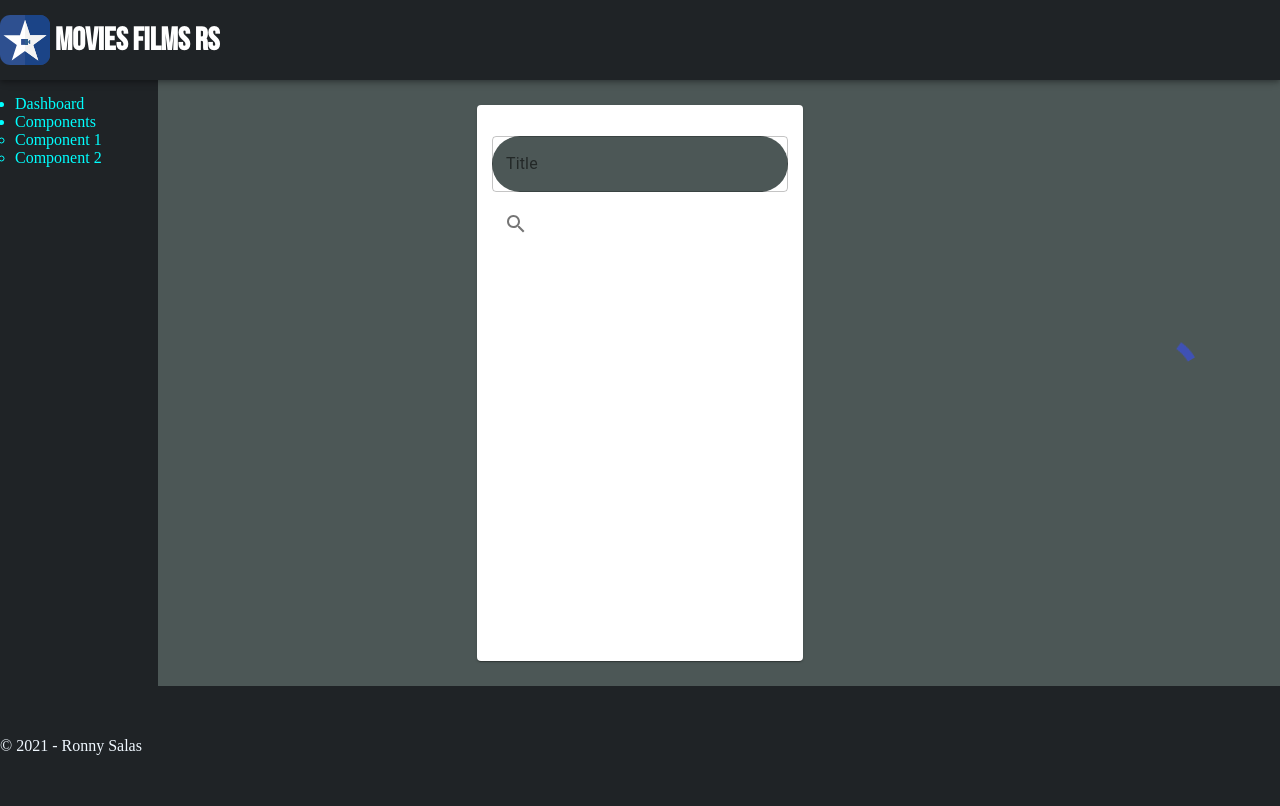
Repository: ronnysalas459/assigment-2
Page: /
The author's editor kept a copy of each file at every save. The page is drawn from the files as they stood at one save, then again after the next save.
The browser window is 1280 px wide. The pictures show the whole page.
The page's requests for data from a server got no answer. The project was rebuilt for these pictures with package versions that can differ from the ones it lists, and the page was loaded fresh each time. No one was signed in, and anything a server would have sent is missing. Also part of the build but not shown: src/contexts/DetailsContext.js, src/components/Films/Movie.js, src/components/Common/Messages.js, src/components/Films/Movies.js, src/components/Common/ButtonPrimary.js, src/components/Details/Detail.js, src/components/Details/index.js, src/components/NotFound/index.js.

Above is the page before, as saved 2021-08-31 20:27:51.

### src/index.js
import React from 'react';
import ReactDOM from 'react-dom';
import App from './App';

ReactDOM.render(<App />,document.querySelector('#root')
);

### src/App.js
import React from "react";
import { BrowserRouter, Switch, Route } from "react-router-dom";
import MoviesContextProvider from "./contexts/MoviesContext";
import DetailsContextProvider from "./contexts/DetailsContext";
import Films from "./components/Films";
import Details from "./components/Details";
import Header from "./components/Common/Header";
import Footer from "./components/Common/Footer";
import SideBar from "./components/Common/SideBar";
import NotFound from "./components/NotFound";
import "./assets/css/styles.css";

const App = () => (
  <BrowserRouter>
    <div className="container">
      <MoviesContextProvider>
      <Header />
      </MoviesContextProvider>
      <div className="content">
        <SideBar />
        <div className="projects">
          <Switch>
            <Route exact path="/">
              <MoviesContextProvider>
                <Films />
              </MoviesContextProvider>
            </Route>
            <Route path="/movie/:movie_id">
              <DetailsContextProvider>
                <Details />
              </DetailsContextProvider>
            </Route>
            <Route component={NotFound} />
          </Switch>
        </div>
      </div>
      <Footer />
    </div>
  </BrowserRouter>
);

export default App;

### src/contexts/MoviesContext.js
import React, { createContext, useState, useEffect } from "react";
import { popularGet, movieSearch } from "./../constants";

export const MoviesContext = createContext();

const MoviesContextProvider = ({ children }) => {
  const [doneFetch, setDoneFetch] = useState();
  const [currentQuery, setCurrentQuery] = useState("");
  const [text, setText] = useState("Top Movies");
  const [movies, setMovies] = useState([]);

  useEffect(() => {
    getPopularMovies();
  }, []);

  const getPopularMovies = () => {
    fetch(popularGet())
      .then((res) => res.json())
      .then((data) => {
        const { results }  = data;
        setDoneFetch(true);
        console.log(results);
        setMovies(results);
      })
      .catch((err) => console.log(err));
  };

  const getMovies = (query) => {
    fetch(movieSearch(query))
      .then((res) => res.json())
      .then((data) => {
        const { results } = data;
        setDoneFetch(true);
        console.log(results );
        setText(results.length ? "Results" : "No Results");
        setMovies(results);

      })
      .catch((err) => console.log(err));
  };

  const validateQuery = (
    e,
    query = document.querySelector("#query").value.toLowerCase().trim()
  ) => {
    if (e.type === "keypress" && e.key !== "Enter") return;
    const words = query.match(/\w+/g);
    query = words && words.join(" ");
    if (query && query !== currentQuery) {
      setCurrentQuery(query);
      setDoneFetch(false);
      getMovies(query);
    }
  };
  return (
    <MoviesContext.Provider value={{ doneFetch, text, movies, validateQuery }}>
      {children}
    </MoviesContext.Provider>
  );
};

export default MoviesContextProvider;

### src/components/Films/index.js
import React, { Fragment, useContext } from "react";
import { MoviesContext } from "./../../contexts/MoviesContext";
import SearchMovies from "./SearchMovies";
import Movies from "./Movies";
import ProgressBar from "./../Common/ProgressBar";
import  Message  from "./../Common/Messages";

const Films = () => {
  const { validateQuery, doneFetch, movies, text } = useContext(MoviesContext);

  return (
    <Fragment>
      <SearchMovies validateQuery={validateQuery} />
      {doneFetch ? (
        movies.length ? (
          console.log("voyyyyyyyyyy"),
          <Movies text={text} movies={movies} />
        ) : (
          <Message text={text} />
        )
      ) : (
          console.log("nooooooooo"),
        <ProgressBar />
      )}
    </Fragment>
  );
};

export default Films;

### src/components/Common/Header.js
import React from "react";
import { AppBar } from "@material-ui/core";
import { ReactComponent as Logo } from "./../../assets/img/movie.svg";
import "./../../assets/css/styles.css";
const Header = () => (
  <AppBar position="sticky">
      <div className="header-container">
            <Logo className="logo-container" />
            &nbsp;&nbsp;
        <h1>Movies Films RS</h1>
      </div>
  </AppBar>
);

export default Header;

### src/components/Common/Footer.js
import React from 'react'

const Footer = () => (
    <footer>
        <p> &copy; { new Date().getFullYear()} - Ronny Salas</p>
    </footer>
);


export default Footer;

### src/components/Common/SideBar.js
import React from "react";
import { ProSidebar, Menu, MenuItem, SubMenu } from "react-pro-sidebar";
import "./../../assets/css/styles.css";

const SideBar = () => (

    <aside className="aside">
      <ProSidebar>
        <Menu iconShape="square">
          <MenuItem>Dashboard</MenuItem>
          <SubMenu title="Components">
            <MenuItem>Component 1</MenuItem>
            <MenuItem>Component 2</MenuItem>
          </SubMenu>
        </Menu>
      </ProSidebar>
    </aside>

);
export default SideBar;

### src/assets/css/styles.css
/*FUENTES*/

@font-face {
  font-family: "TrebuchetMS";
  src: url("../fonts/TrebuchetMS.ttf");
  font-weight: normal;
  font-style: normal;
}
@font-face {
  font-family: "BebasNeue";
  src: url("../fonts/BebasNeue.otf");
  font-weight: normal;
  font-style: normal;
}

@font-face {
  font-family: "WebSymbolsRegular";
  src: url("../fonts/websymbols-regular-webfont.eot");
  src: url("../fonts/websymbols-regular-webfont.eot?#iefix")
      format("embedded-opentype"),
    url("../fonts/websymbols-regular-webfont.woff") format("woff"),
    url("../fonts/websymbols-regular-webfont.ttf") format("truetype"),
    url("../fonts/websymbols-regular-webfont.svg#WebSymbolsRegular")
      format("svg");
  font-weight: normal;
  font-style: normal;
}
.root {
  margin: 3vw;
}
* {
  margin: 0px;
  padding: 0px;
}

html {
  overflow-x: hidden;
}

.container{
  width:100%;
  height:auto;
}

.header-container {
  width: 100%;
  height: 80px;
  background-color: #1f2326 !important;
  font-family: BebasNeue;
  color: white;
  display: flex;
  flex-direction: row;
  flex-wrap: wrap;
  align-items: center;
}

.logo-container {
  display: block;
  height: 100%;
  width: 50px;
}
.logo-container h1 {
  color: aqua;
}
.content{
  display:flex;
  background-color: #4C5756;
}
.img-wrap {
  height: 150px;
  padding-top: 56.25%;
}
.aside{
  display:flex;
  min-height: 80vh;
  flex-basis: 10%;
  margin-right: 30px;
  padding: 15px;
  flex-direction: column;
  flex-wrap: wrap;
  color: aqua;
  background-color: #1f2326;
}

.projects{
  display:flex;
  flex-wrap: wrap;
  flex-basis: 80%;
}

footer {
  display:flex;
  flex-flow: row wrap;
  justify-content:flex-start;
  height:120px;
  align-items:center;
  background-color: #1f2326;
}
footer p {
    color:aliceblue;
    justify-content: center;
}
.paper {
  margin-top: 25px;
	margin-bottom: 25px;
	margin-left: auto;
	margin-right: auto;
	max-width: 600px;
  background-color: #4C5756;
}

.defaultPaper {
	padding: 15px;
}

.project{
  flex-grow:1;
  flex-basis: 250px;
  margin-bottom: 25px;
  margin-right:20px;
  max-width: 345px;
}
.movie-details {
  height:800;
  width:500px;
  max-width: 345px,
}
.movie-details-img {
  height:640px;
  width:400px;
  padding: 10px;
}
.project img{
  width:80%;
}
.buttonPrimary,
.progressBar {
  display: flex;
  justify-content: center;
  align-items: center;
}


a {
	text-decoration: none;
}

.buttonPrimary,
.message,
.progressBar {
  margin: 10px;
}

.MuiTextField-root {
  width: 100%;
}

@media (max-width: 323px) {
  h1 {
    display: none;
  }
}

### src/constants/index.js
//HABILITAR PROXY INVERSO PARA CORS INTERCEPTOR
//const cors_anywhere = "https://cors-anywhere.herokuapp.com/";
const base_url = "https://api.themoviedb.org/3/";
const popular_movies_get = "movie/popular?";
const movie_search = "search/movie?";
const movies_get = "movie/";
const api_key = "api_key=2c4e30626dc1fcee2a373a9a71cf70f1";


export const popularGet = () => `${base_url}${popular_movies_get}${api_key}&page=1`;
export const moviesGet = movie_id => `${base_url}${movies_get}${movie_id}?${api_key}`;
export const movieSearch = query => `${base_url}${movie_search}${api_key}&query=${query}`;

### src/components/Films/SearchMovies.js
import React from 'react';
import Paper from "@material-ui/core/Paper";
import TextField from '@material-ui/core/TextField';
import IconButton from '@material-ui/core/IconButton';
import SearchIcon from '@material-ui/icons/Search';


const SearchMovies = ({ validateQuery }) => (
    <Paper className="paper defaultPaper"
    style= {{backgroundColor: '313437'}}
    >
        <TextField
            style={{ backgroundColor: '#4C5756', borderRadius: 50, padding: 'offset' }}
            id="query"
            label="Title"
            margin="normal"
            variant="outlined"
            onKeyPress = {(e) => validateQuery(e)}
        />
         <IconButton onClick={(e) => validateQuery(e)}>
            <SearchIcon />
        </IconButton>
    </Paper>
);

export default SearchMovies

### src/components/Common/ProgressBar.js
import React from 'react'
import CircularProgress from '@material-ui/core/CircularProgress';

const ProgressBar = () => (
    <div className="progressBar">
        <CircularProgress size = { 100 } />

    </div>
)


export default ProgressBar

Loaded but not shown: public/index.html (common file)

After the next save:
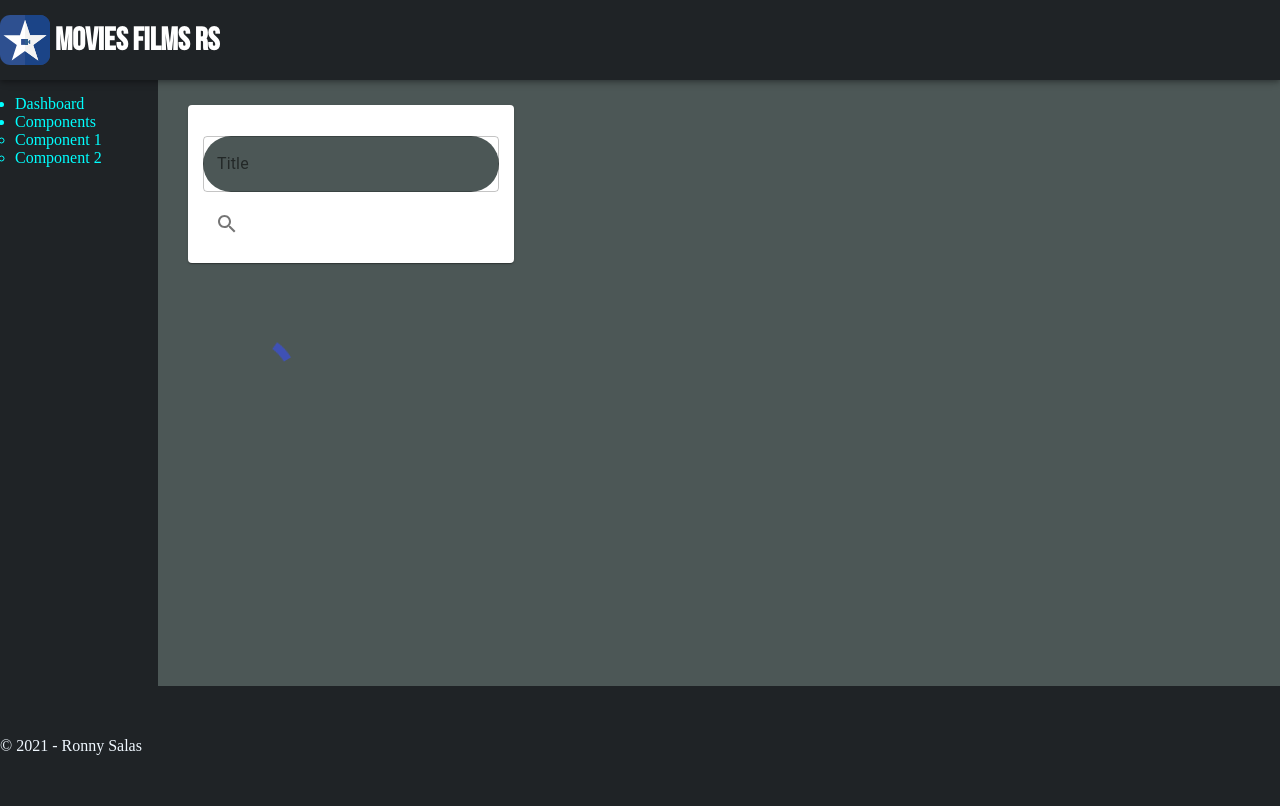
Saved 2 min 2 s later.
--- a/src/assets/css/styles.css
+++ b/src/assets/css/styles.css
@@ -101,6 +101,8 @@ footer p {
     justify-content: center;
 }
 .paper {
+  display:block;
+  position:absolute;
   margin-top: 25px;
 	margin-bottom: 25px;
 	margin-left: auto;
